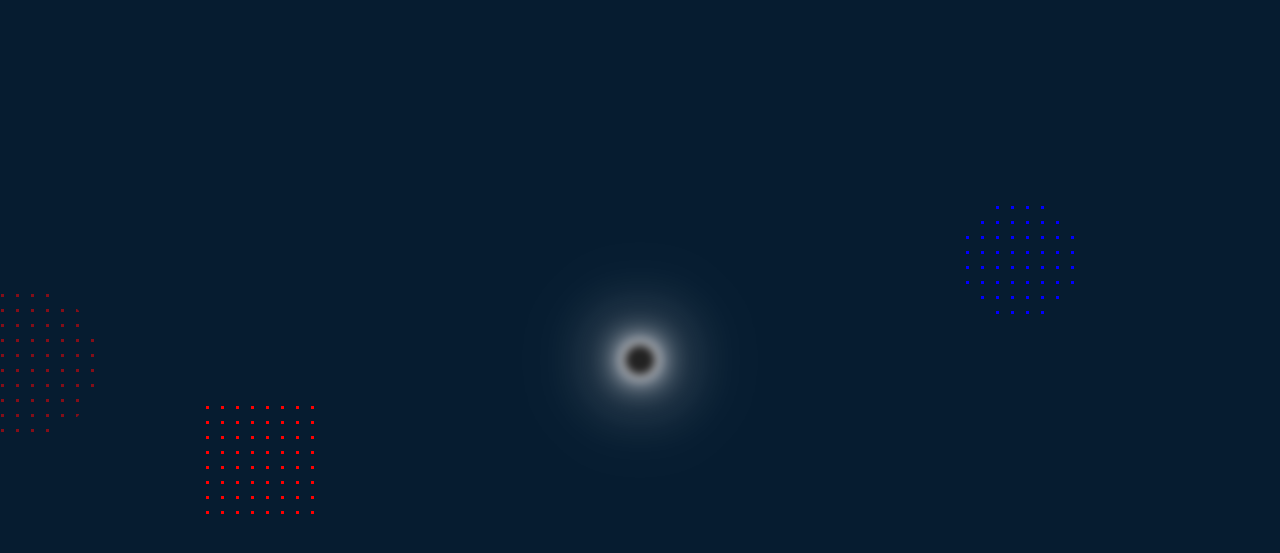
Repository: AdeniranZion/RC-Academy
Page: http://localhost/test/page.php
The author's editor kept a copy of each file at every save. The page is drawn from the files as they stood at one save, then again after the next save.
The browser window is 1280 px wide. The pictures show the whole page.
The page is run by PHP 8.4 with error messages shown; the project is at /var/www/html/.

Above is the page before, as saved 2024-06-24 11:38:19.

### test/page.php
<!DOCTYPE html>
<html lang="en">
<head>
  <meta charset="utf-8" />
  <title>Neon Object Movement</title>
  <meta name="viewport" content="width=device-width, initial-scale=1, minimum-scale=1, maximum-scale=1" />
  <style>
    body, html {
      margin: 0;
      padding: 0;
      height: 100%;
      overflow: hidden; /* Prevent scrollbars */
    }

    .neon-container {
      position: relative;
      width: 100%;
      height: 100%;
      display: flex;
      justify-content: center;
      align-items: center;
      background-color: #061c30;
      overflow: hidden; /* Prevent object from going out of bounds */
    }

    .neon-object {
      position: absolute;
      width: 30px;
      height: 30px;
      border-radius: 50%;
      background-color: #222; /* Add a background color for visibility */
      box-shadow: 0 0 10px #fed, 0 0 20px #dde, 0 0 30px #fff, 0 0 40px #ddd, 0 0 70px #ddd, 0 0 80px #ddd, 0 0 100px #ddd, 0 0 150px #ddd;
      filter: blur(4px); /* Add Gaussian blur effect */
      pointer-events: none; /* Prevent mouse events on the object itself */
      transition: transform 0.1s ease-out; /* Smooth movement */
    }

    .neon-object-2 {
      width: 120px;
      height: 120px;
      border-radius: 3px;
      background-image: radial-gradient(circle, red 15%, transparent 5%); /* Dotted pattern */
      background-size: 15px 15px; /* Size of each dot */
      background-position: 0 0; /* Start position of background */
      position: fixed;
      bottom: 200px;
      left: 200px;
      transition: transform 0.1s ease-out; /* Smooth movement */
    }
    .neon-object-3 {
      width: 120px;
      height: 120px;
      border-radius: 100px;
      background-image: radial-gradient(circle, blue 15%, transparent 5%); /* Dotted pattern */
      background-size: 15px 15px; /* Size of each dot */
      background-position: 0 0; /* Start position of background */
      position: fixed;
      top: 200px;
      right: 200px;
      transition: transform 0.1s ease-out; /* Smooth movement */
    }

    /* Styling for the rotating circle */
    .rotating-circle {
      position: fixed;
      left: -50px; /* Adjust position as needed */
      top: 40%; /* Center vertically */
      width: 150px;
      height: 150px;
      border-radius: 50%;
      /* background-color: rgba(255, 0, 0, 0.5); */
      animation: rotate 4s linear infinite; /* Rotate animation */
      background-image: radial-gradient(circle, rgba(255, 0, 0, 0.5) 15%, transparent 5%); /* Dotted pattern */
      background-size: 15px 15px; /* Size of each dot */
      background-position: 0 0; /* Start position of background */
      position: fixed;
    }

    @keyframes rotate {
      from {
        transform: rotate(0deg);
      }
      to {
        transform: rotate(360deg);
      }
    }

  </style>
</head>
<body>
  <div class="neon-container">
    <div class="neon-object"></div>
    <div class="neon-object-2"></div>
    <div class="neon-object-3"></div>
  </div>

  <!-- Rotating circle element -->
  <div class="rotating-circle"></div>

  <script>
    document.addEventListener('mousemove', function(e) {
      const neonObject = document.querySelector('.neon-object');
      const neonObject2 = document.querySelector('.neon-object-2');
      const neonObject3 = document.querySelector('.neon-object-3');
      const container = document.querySelector('.neon-container');

      // Get the mouse position relative to the container
      const rect = container.getBoundingClientRect();
      const centerX = rect.left + rect.width / 2;
      const centerY = rect.top + rect.height / 2;

      // Calculate the distance from the center
      const distanceX = e.clientX - centerX;
      const distanceY = e.clientY - centerY;

      // Set a multiplier to control the trailing effect
      const multiplier = 0.04; // Adjust this value for the trailing effect

      // Update the position of neon-object with a trailing effect
      neonObject.style.transform = `translate(${multiplier * distanceX}px, ${multiplier * distanceY}px)`;

      // Update the position of neon-object-2 with the same trailing effect
      neonObject2.style.transform = `translate(${multiplier * distanceX}px, ${multiplier * distanceY}px)`;

      // Update the position of neon-object-3 with the opposite trailing effect
      neonObject3.style.transform = `translate(${-multiplier * distanceX}px, ${-multiplier * distanceY}px)`;
    });
  </script>
</body>
</html>

After the next save:
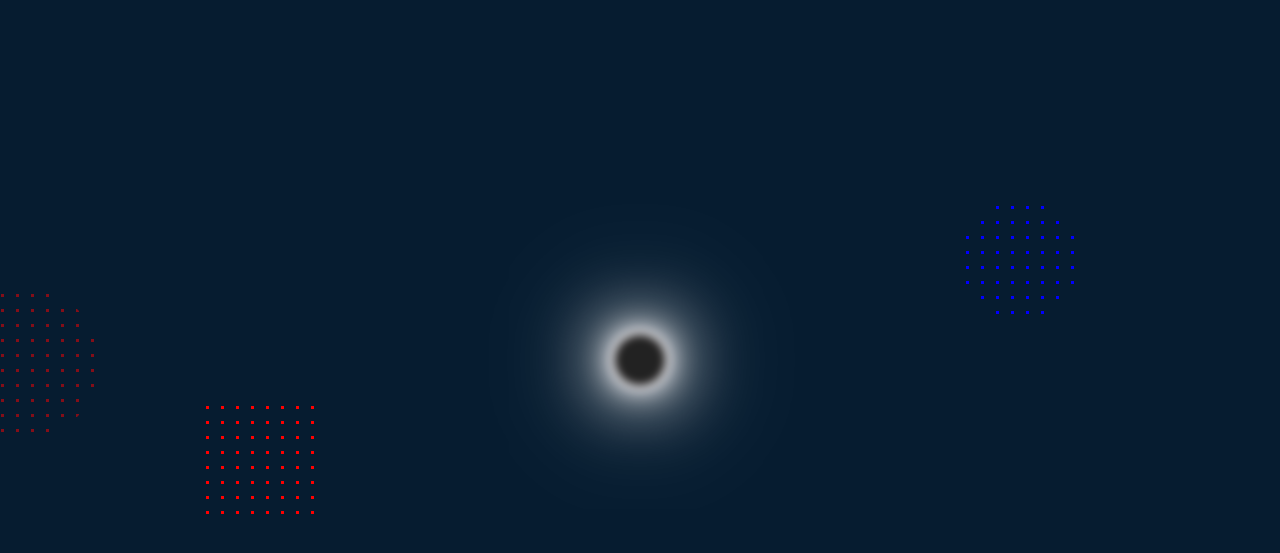
Saved 35 s later.
--- a/test/page.php
+++ b/test/page.php
@@ -25,8 +25,8 @@
 
     .neon-object {
       position: absolute;
-      width: 30px;
-      height: 30px;
+      width: 50px;
+      height: 50px;
       border-radius: 50%;
       background-color: #222; /* Add a background color for visibility */
       box-shadow: 0 0 10px #fed, 0 0 20px #dde, 0 0 30px #fff, 0 0 40px #ddd, 0 0 70px #ddd, 0 0 80px #ddd, 0 0 100px #ddd, 0 0 150px #ddd;
